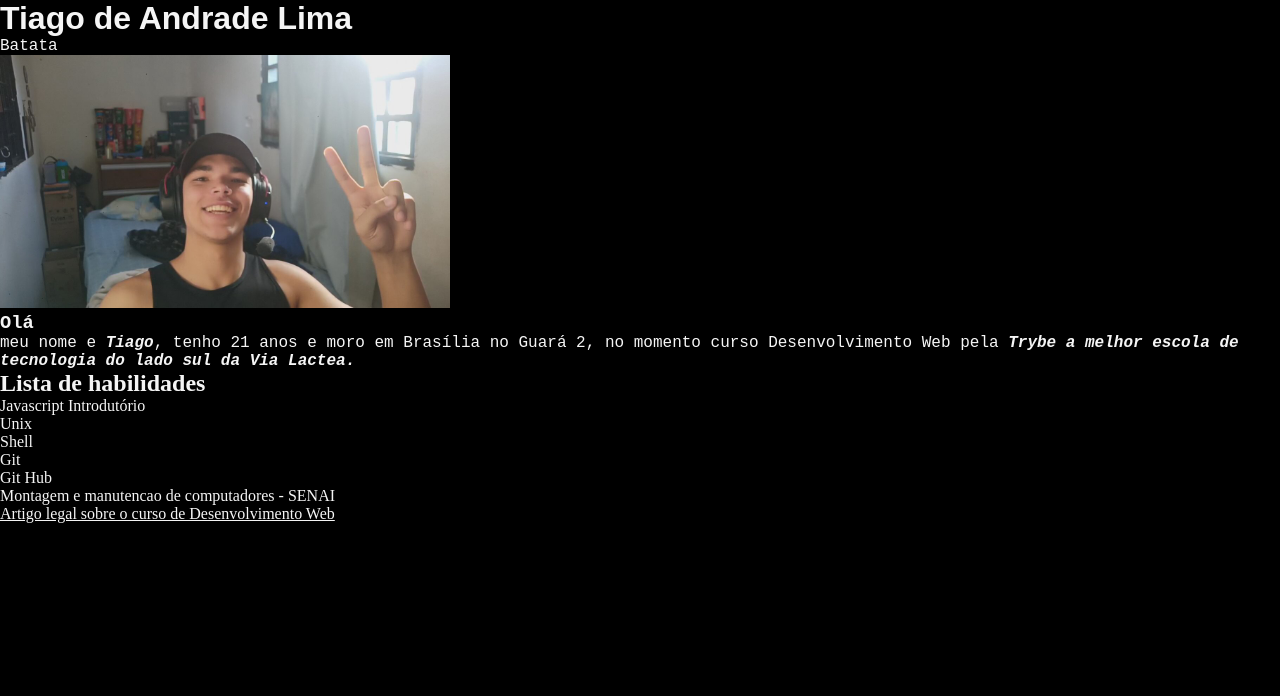
Repository: Batatiago/Batatiago.github.io
Page: index.html
The author's editor kept a copy of each file at every save. The page is drawn from the files as they stood at one save, then again after the next save.
The browser window is 1280 px wide. The pictures show the whole page.

Above is the page before, as saved 2023-06-29 09:45:21.

### index.html
<!DOCTYPE html>
<html lang="pt-br">

<head>
  <meta charset="UTF-8">
  <title>Tiago de Andrade Lima</title>
  <link rel="stylesheet" href="style.css">
</head>

<body>
  <div class="header">
    <h1 class="meuNome"> Tiago de Andrade Lima</h1>
    <p>Batata</p>
  </div>
  <div>
    <img src="2023-06-23-160707.jpg" alt="Imagem de Tiago" id="foto" width="450px">
    <h3>Olá</h3>
    <p class="descricao"> meu nome e <strong><em>Tiago</em></strong>, tenho 21 anos e moro em Brasília no Guará 2, no
      momento curso Desenvolvimento
      Web pela <strong><em>Trybe a melhor escola de tecnologia do lado sul da Via Lactea.</em></strong></p>
  </div>
  <div>
    <h2>Lista de habilidades</h2>
    <ul>
      <li class="javascript">Javascript Introdutório</li>
      <li class="unix">Unix</li>
      <li class="shell">Shell</li>
      <li class="git">Git</li>
      <li class="gitHub">Git Hub</li>
      <li>Montagem e manutencao de computadores - SENAI</li>
    </ul>
  </div>
  <a href="https://blog.betrybe.com/carreira/frontend/" target="_blank">Artigo legal sobre o curso de Desenvolvimento
    Web</a>
</body>

</html>

### style.css
* {
    background-color: black;
    margin: 0;
    border: 0;
    padding: 0;
    color: whitesmoke;
}

.titulo{
    text-align: auto;
    padding: 15px 10px;
    }

    h3, p {
        font-family: 'Courier New', Courier, monospace;
    }

    .meuNome {
        font-family: sans-serif;
    }

After the next save:
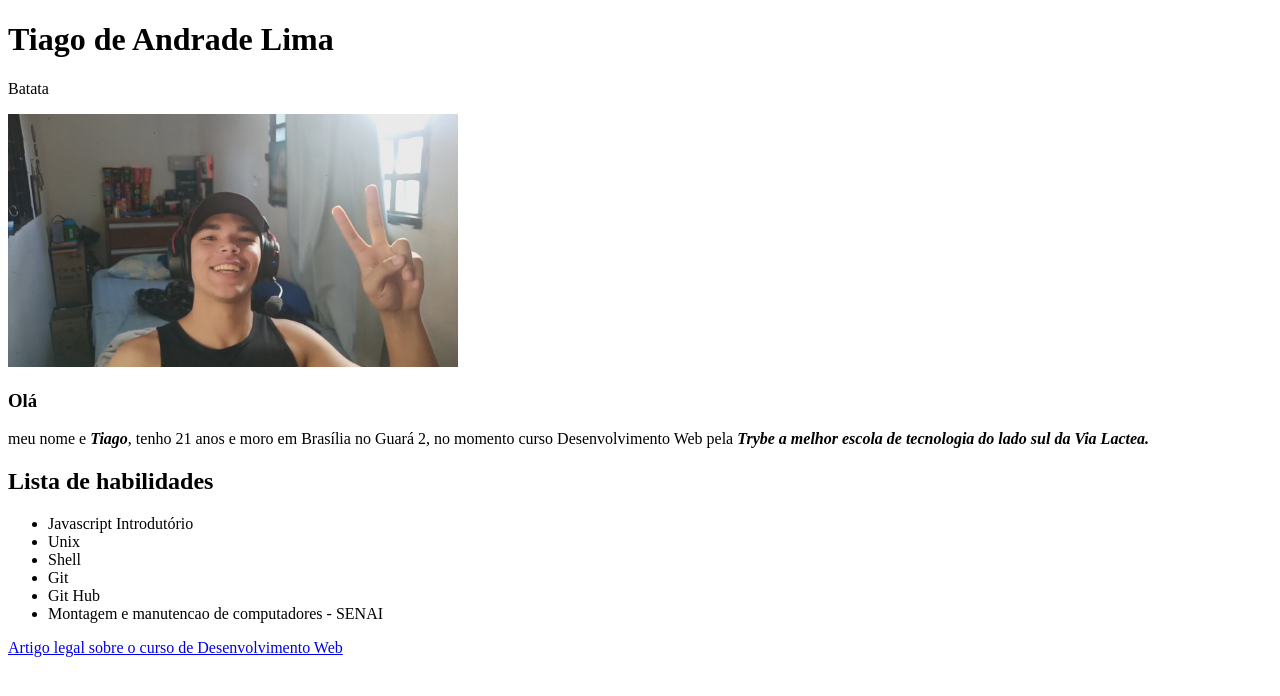
Saved 52 s later.
--- a/style.css
+++ b/style.css
@@ -1,4 +1,4 @@
-* {
+/* {
     background-color: black;
     margin: 0;
     border: 0;
@@ -6,7 +6,7 @@
     color: whitesmoke;
 }
 
-.titulo{
+.header {
     text-align: auto;
     padding: 15px 10px;
     }
